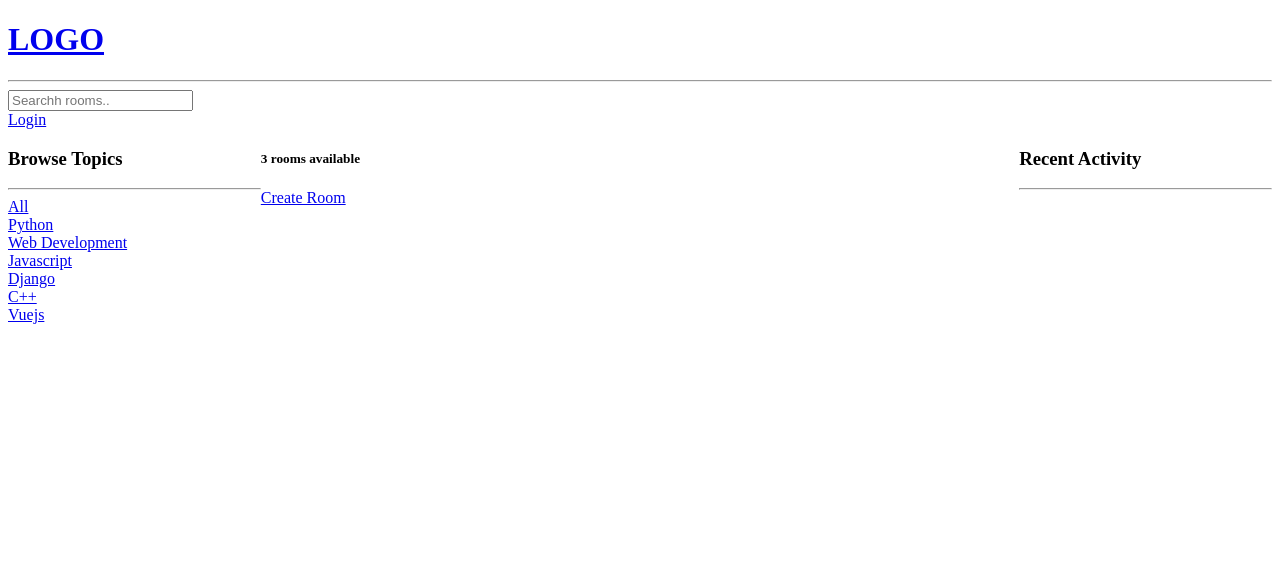
Repository: Dibbya65/Django-Basic
Page: http://localhost/?q=Python
The author's editor kept a copy of each file at every save. The page is drawn from the files as they stood at one save, then again after the next save.
The browser window is 1280 px wide. The pictures show the whole page.
The page is served by the project's application, run on Django 3.2 (manage.py). The page reads the database file committed with the project.

Above is the page before, as saved 2021-11-18 22:30:32.

After the next save:
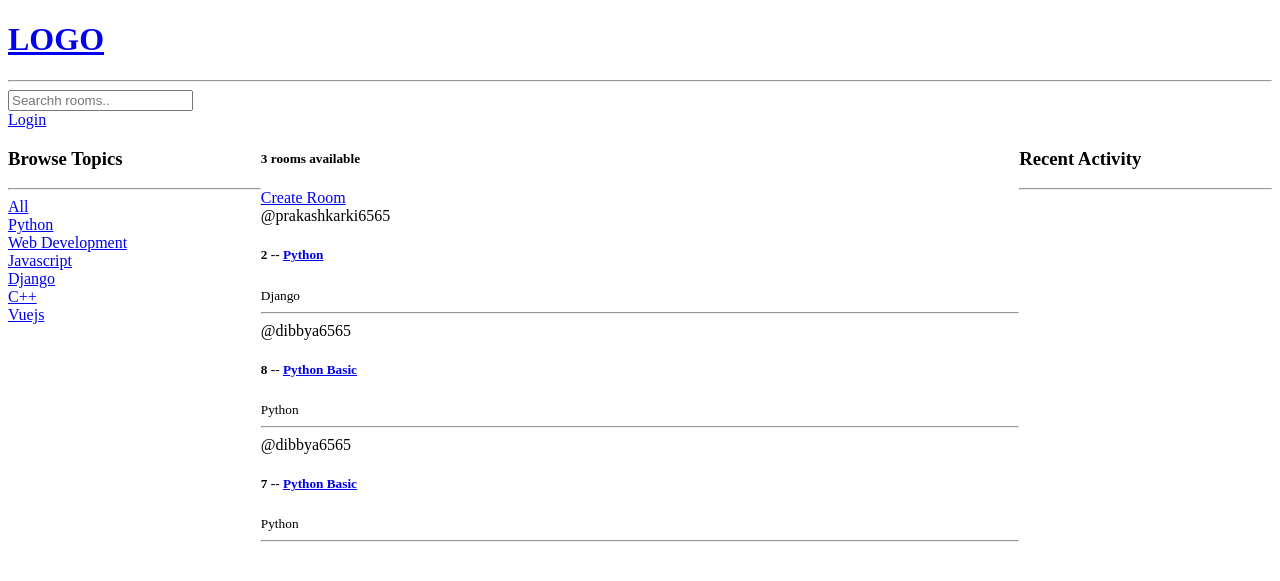
Saved 14 s later.
--- a/base/templates/base/home.html
+++ b/base/templates/base/home.html
@@ -14,7 +14,7 @@
   <div>
     <h5>{{room_count}} rooms available</h5>
     <a href="{% url 'create-room' %}">Create Room</a>
-
+    {% include 'base/feed_component.html' %}
   </div>
   <div>
     {% include 'base/activity_component.html' %}
